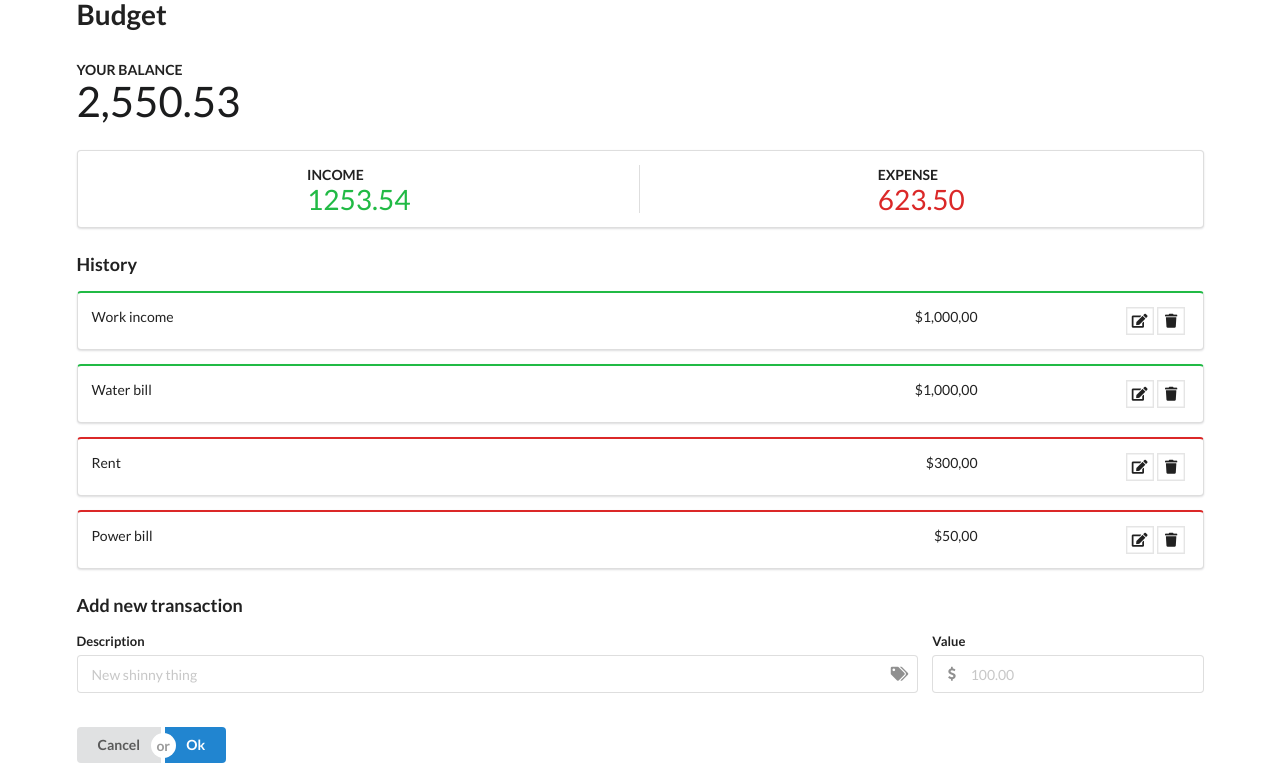
Repository: khuetn/budget-react
Page: /
An editor plug-in stored every save of this project. The page is shown before and after the next save, followed by the edit.
The browser window is 1280 px wide. The pictures show the whole page.
The project was rebuilt for these pictures with package versions that can differ from the ones it lists, and the page was loaded fresh each time. Also part of the build but not shown: src/App.css.

Above is the page before, as saved 2021-07-18 15:33:17.

### src/App.js
import { useState } from "react";
import { Container } from "semantic-ui-react";
import "./App.css";
import DisplayBalance from "./components/DisplayBalance";
import DisplayBalances from "./components/DisplayBalances";
import EntryLine from "./components/EntryLine";
import EntryLines from "./components/EntryLines";
import MainHeader from "./components/MainHeader";
import NewEntryForm from "./components/NewEntryForm";

function App() {
  const [entries, setEntries] = useState(initialEntries);

  function deleteEntry(id) {
    const result = entries.filter((entry) => entry.id !== id);
    console.log("entries", entries);
    console.log("result", result);
    setEntries(result);
  }
  return (
    <Container>
      <MainHeader title="Budget" />

      <DisplayBalance title="Your Balance" value="2,550.53" size="small" />
      <DisplayBalances />

      <MainHeader title="History" type="h3" />
      <EntryLines entries={entries} deleteEntry={deleteEntry} />

      <MainHeader title="Add new transaction" type="h3" />
      <NewEntryForm />
    </Container>
  );
}

export default App;

var initialEntries = [
  {
    id: 1,
    description: "Work income",
    value: "$1,000,00",
    isExpense: false,
  },
  {
    id: 2,
    description: "Water bill",
    value: "$1,000,00",
    isExpense: false,
  },

  {
    id: 3,
    description: "Rent",
    value: "$300,00",
    isExpense: true,
  },
  {
    id: 4,
    description: "Power bill",
    value: "$50,00",
    isExpense: true,
  },
];

### src/components/DisplayBalance.js
import React from "react";
import { Statistic } from "semantic-ui-react";

function DisplayBalance({ title, value, color = "black", size = "tiny" }) {
  return (
    <Statistic size={size} color={color}>
      <Statistic.Label style={{ textAlign: "left" }}>{title}</Statistic.Label>
      <Statistic.Value>{value}</Statistic.Value>
    </Statistic>
  );
}

export default DisplayBalance;

### src/components/DisplayBalances.js
import React from "react";
import { Grid, Segment } from "semantic-ui-react";
import DisplayBalance from "./DisplayBalance";

function DisplayBalances() {
  return (
    <Segment textAlign="center">
      <Grid columns={2} divided>
        <Grid.Row>
          <Grid.Column>
            <DisplayBalance title="income" value="1253.54" color="green" />
          </Grid.Column>
          <Grid.Column>
            <DisplayBalance title="expense" value="623.50" color="red" />
          </Grid.Column>
        </Grid.Row>
      </Grid>
    </Segment>
  );
}

export default DisplayBalances;

### src/components/EntryLine.js
import React from "react";
import { Grid, Icon, Segment } from "semantic-ui-react";

function EntryLine({ entry: { id, description, value, isExpense = false } }) {
  return (
    <Segment color={isExpense ? "red" : "green"}>
      <Grid columns={3} textAlign="right">
        <Grid.Row>
          <Grid.Column width={10} textAlign="left">
            {description}
          </Grid.Column>
          <Grid.Column width={3} textAlign="right">
            {value}
          </Grid.Column>
          <Grid.Column width={3}>
            <Icon name="edit" bordered />
            <Icon name="trash" bordered />
          </Grid.Column>
        </Grid.Row>
      </Grid>
    </Segment>
  );
}

export default EntryLine;

### src/components/EntryLines.js
import React from "react";
import { Container } from "semantic-ui-react";
import EntryLine from "./EntryLine";

function EntryLines({ entries }) {
  return (
    <Container>
      {entries.map((entry) => (
        <EntryLine key={entry.id} entry={entry} />
      ))}
    </Container>
  );
}

export default EntryLines;

### src/components/MainHeader.js
import React from "react";
import { Header } from "semantic-ui-react";

function Mainheader({ title, type = "h1" }) {
  return <Header as={type}>{title}</Header>;
}

export default Mainheader;

### src/components/NewEntryForm.js
import React from "react";
import { Form } from "semantic-ui-react";
import ButtonSaveorCancel from "./ButtonSaveorCancel";
function NewEntryForm() {
  return (
    <Form unstackable>
      <Form.Group>
        <Form.Input
          icon="tags"
          width={12}
          label="Description"
          placeholder="New shinny thing"
        />
        <Form.Input
          icon="dollar"
          width={4}
          label="Value"
          placeholder="100.00"
          iconPosition="left"
        />
      </Form.Group>
      <ButtonSaveorCancel />
    </Form>
  );
}

export default NewEntryForm;

### src/components/ButtonSaveorCancel.js
import React from "react";
import { Button } from "semantic-ui-react";
function ButtonSaveorCancel() {
  return (
    <Button.Group style={{ marginTop: 20 }}>
      <Button>Cancel</Button>
      <Button.Or />
      <Button primary>Ok</Button>
    </Button.Group>
  );
}

export default ButtonSaveorCancel;

Loaded but not shown: public/index.html (common file); src/index.js (common file); src/index.css (common file)

After the next save:
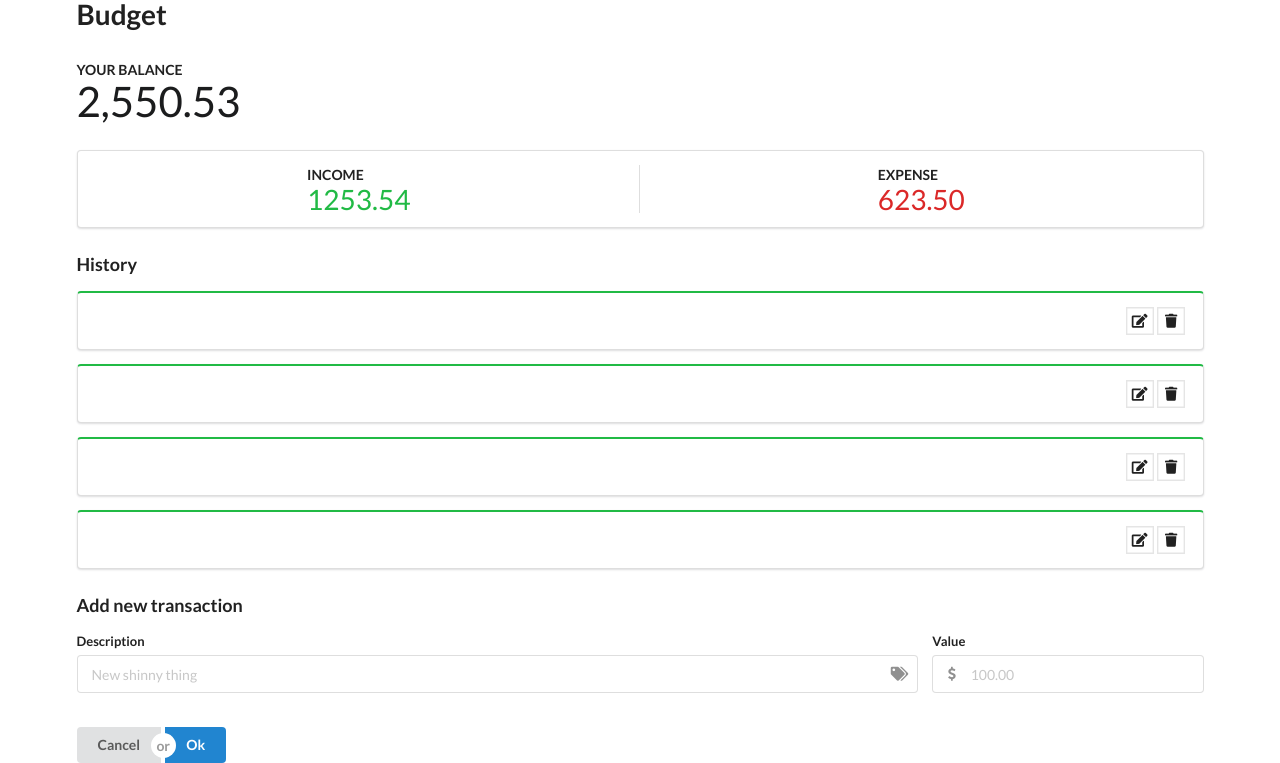
Saved 102 s later.
--- a/src/components/EntryLine.js
+++ b/src/components/EntryLine.js
@@ -1,7 +1,7 @@
 import React from "react";
 import { Grid, Icon, Segment } from "semantic-ui-react";
 
-function EntryLine({ entry: { id, description, value, isExpense = false } }) {
+function EntryLine({ id, description, value, isExpense = false }) {
   return (
     <Segment color={isExpense ? "red" : "green"}>
       <Grid columns={3} textAlign="right">

After the save that followed:
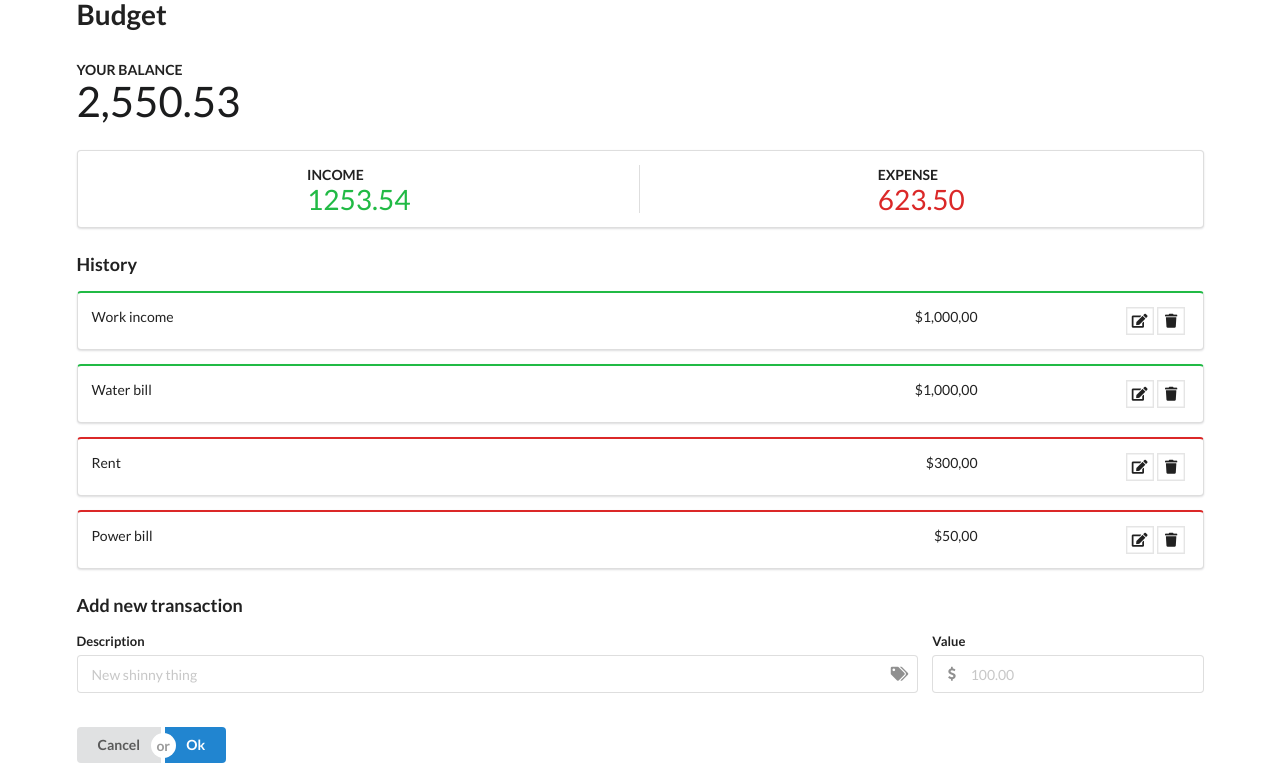
Saved 17 s later.
--- a/src/components/EntryLines.js
+++ b/src/components/EntryLines.js
@@ -6,7 +6,7 @@ function EntryLines({ entries }) {
   return (
     <Container>
       {entries.map((entry) => (
-        <EntryLine key={entry.id} entry={entry} />
+        <EntryLine key={entry.id} {...entry} />
       ))}
     </Container>
   );
